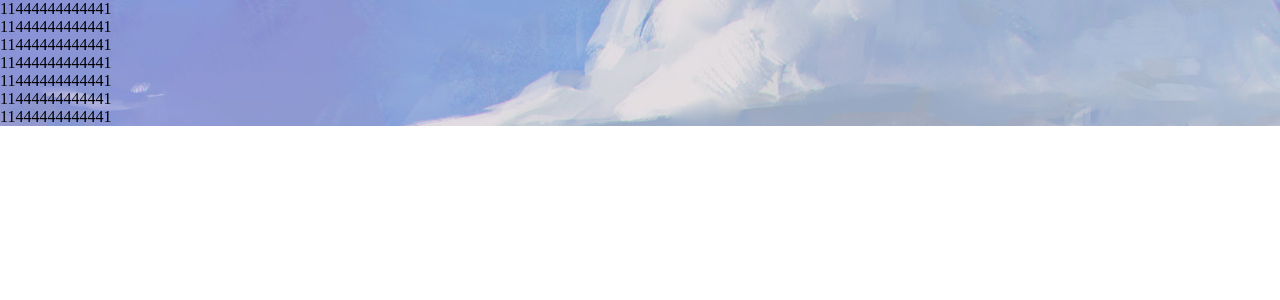
Repository: hnwj/big-event
Page: /reg
An editor plug-in stored every save of this project. The page is shown before and after the next save, followed by the edit.
The browser window is 1280 px wide. The pictures show the whole page.
The project was rebuilt for these pictures with package versions that can differ from the ones it lists, and the page was loaded fresh each time. Also part of the build but not shown: vue.config.js, src/views/login.vue.

Above is the page before, as saved 2023-03-18 21:19:03.

### src/main.js
import { createApp } from 'vue'
import App from './App.vue'
import router from './router'
import store from './store'
import ElementPlus from 'element-plus'
import 'element-plus/dist/index.css'

// 导入基础的css文件
import '@/assets/global.less'

const app = createApp(App)
app.use(store)
app.use(router)
app.mount('#app')
app.use(ElementPlus)

### src/App.vue
<template>
  <div>
    <router-view />
  </div>
</template>

<style lang="less">
</style>

### src/router/index.js
import { createRouter, createWebHistory } from 'vue-router'
import Login from '@/views/login'
import Register from '@/views/register'

const routes = [
  {
    name: 'login',
    path: '/login',
    component: Login
  },
  {
    name: 'register',
    path: '/reg',
    component: Register
  }
]

const router = createRouter({
  history: createWebHistory(process.env.BASE_URL),
  routes
})

export default router

### src/assets/global.less
html,
body {
  margin: 0;
  padding: 0;
  height: 100%;
}

// 全局重置卡片的基础样式
.el-card.is-always-shadow,
.el-card.is-hover-shadow:focus,
.el-card.is-hover-shadow:hover {
  box-shadow: 0 1px 3px rgba(0, 0, 0, 0.1);
  // font-size: 13px;
}

### src/views/register.vue
<template>
  <!-- 注册整体盒子 -->
  <div class="reg-container">
    <div class="reg-box">
      <div class="title-box">11444444444441</div>
      <div class="title-box">11444444444441</div>
      <div class="title-box">11444444444441</div>
      <div class="title-box">11444444444441</div>
      <div class="title-box">11444444444441</div>
      <div class="title-box">11444444444441</div>
      <div class="title-box">11444444444441</div>
    </div>
  </div>
</template>

<script>
export default {

}
</script>

<style lang="less" scoped>
.reg-container {
  background: url('../../src/assets/images/bg.jpg') no-repeat;
  background-size: cover;
}
</style>

Loaded but not shown: public/index.html (common file); src/store/index.js (common file)

After the next save:
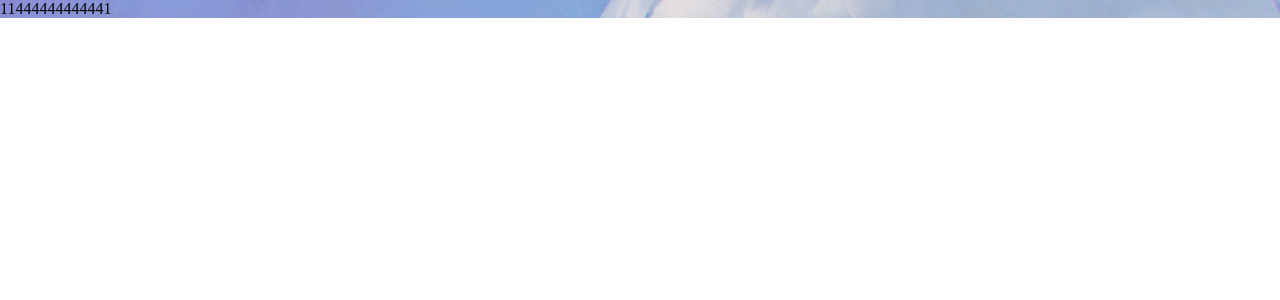
Saved 59 s later.
--- a/src/views/register.vue
+++ b/src/views/register.vue
@@ -2,12 +2,6 @@
   <!-- 注册整体盒子 -->
   <div class="reg-container">
     <div class="reg-box">
-      <div class="title-box">11444444444441</div>
-      <div class="title-box">11444444444441</div>
-      <div class="title-box">11444444444441</div>
-      <div class="title-box">11444444444441</div>
-      <div class="title-box">11444444444441</div>
-      <div class="title-box">11444444444441</div>
       <div class="title-box">11444444444441</div>
     </div>
   </div>
